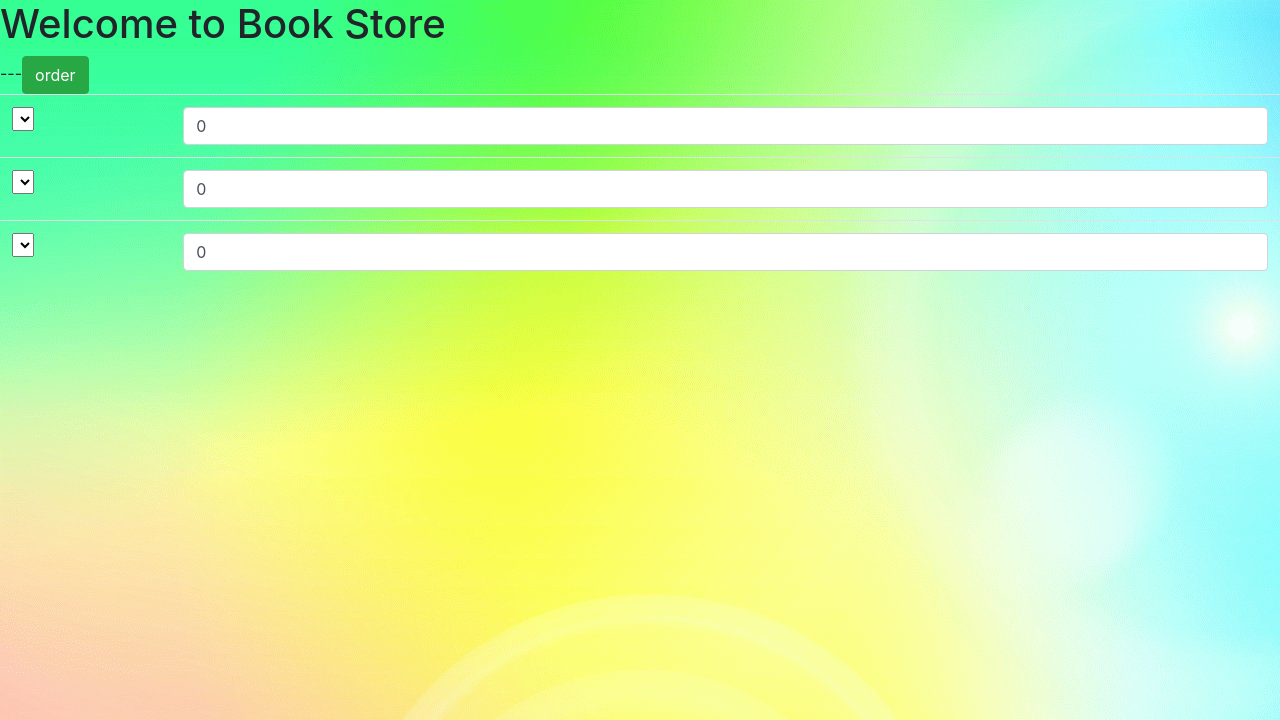
Repository: zhenyan02/HW_Projects
Page: http://localhost/bookStore/BuyerWeb.jsp
An editor plug-in stored every save of this project. The page is shown before and after the next save, followed by the edit.
The browser window is 1280 px wide. The pictures show the whole page.
The page is served by Tomcat 9. Other server files are loaded and not shown. Queries for data that is not in the repository find no rows.

Above is the page before, as saved 2018-11-27 02:34:40.

### 582_Final Project_JavaScript/bookStore/WebContent/BuyerWeb.jsp
<%@ page language="java" contentType="text/html; charset=ISO-8859-1"
    pageEncoding="ISO-8859-1" import="finalproject.bookstore.*, java.util.*"%>
<!DOCTYPE html PUBLIC "-//W3C//DTD HTML 4.01 Transitional//EN" "http://www.w3.org/TR/html4/loose.dtd">
<html>
<head>
<meta http-equiv="Content-Type" content="text/html; charset=ISO-8859-1">
<title>Insert title here</title>
<link href="css/bootstrap.css" rel="stylesheet"/>
</head>

<body background="back6.jpg">
	<h1>Welcome to Book Store</h1>

<%
	BranchDAO dao = new BranchDAO();

	//controller{
	String action = request.getParameter("action");
    String name = request.getParameter("name");
    String saleprice = request.getParameter("saleprice");
    String stock = request.getParameter("stock");
    String version = request.getParameter("version");
    String action2 = request.getParameter("action2");
    String name2 = request.getParameter("name2");
    String saleprice2 = request.getParameter("saleprice2");
    String stock2 = request.getParameter("stock2");
    String version2 = request.getParameter("version2");
    Branch app = new Branch();
    Branch apB2 = new Branch();

    if("create".equals(action)){
     	int stockInt = Integer.parseInt(stock);
    	double salepriceD = Double.parseDouble(saleprice);
    	int versionInt = Integer.parseInt(version);
        app = new Branch(salepriceD, stockInt,name,versionInt);
    	int stockInt2 = Integer.parseInt(stock2);
    	double salepriceD2 = Double.parseDouble(saleprice2);
    	int versionInt2 = Integer.parseInt(version2);
        apB2 = new Branch(salepriceD2, stockInt2,name2,versionInt2);
		List<Branch> twoInputs = new ArrayList<Branch>();
		twoInputs.add(app);
		twoInputs.add(apB2);
		dao.listInsert(twoInputs);
    }



	//Seller app1 = new Seller("xxxyxx", 8.99);
	//dao.create(app1);


	List<Branch> branchs = dao.selectAll();
	 //}
%>
<form action="BuyerWeb.jsp">
	<table class= "table">
			<tr>
			<span class="input-group-addon">-</span>
			<td> <select name = "options">
				<% for(Branch ap:branchs){%>
						<option><%= ap.getName() %>  -----  only <%= ap.getStock() %> left</option>
				<% }%>
			</select> 	</td>
			<td><input name="stock" class="form-control" value="<%= app.getStock()%>"/></td>
			</tr>


			<tr>
			<span class="input-group-addon">-</span>
			<td> <select name = "options">
				<% for(Branch ap:branchs){%>
						<option><%= ap.getName() %>  -----  only <%= ap.getStock() %> left</option>
				<% }%>
			</select> 	</td>
			<td><input name="stock" class="form-control" value="<%= app.getStock()%>"/></td>
			</tr>

			<tr>
			<span class="input-group-addon">-</span>
			<td> <select name = "options">
				<% for(Branch ap:branchs){%>
						<option><%= ap.getName() %>  -----  only <%= ap.getStock() %> left</option>
				<% }%>
			</select> 	</td>
			<td><input name="stock" class="form-control" value="<%= app.getStock()%>"/></td>
			</tr>



				<tr>
				<button class="btn btn-success" name="action" value="order">
					order
				</button>
				<tr/>


   </table>
</form>
</body>
</html>

### 582_Final Project_JavaScript/bookStore/src/finalproject/bookstore/BranchDAO.java
package finalproject.bookstore;

import java.sql.Connection;
import java.sql.DriverManager;
import java.sql.PreparedStatement;
import java.sql.ResultSet;
import java.sql.SQLException;
import java.util.ArrayList;
import java.util.List;

public class BranchDAO {

	public Connection getConnection(){
		String connectionUrl = "jdbc:mysql://localhost:3306/onlineide";
		Connection connection = null;

		try {
			Class.forName("com.mysql.jdbc.Driver").newInstance();
			connection = DriverManager.getConnection(connectionUrl, "root", "zhenyanl");
		} catch (Exception e) {
			e.printStackTrace();
		}
		return connection;
	}

	public void closeConnection(Connection connection){
		try {
			connection.close();
		} catch (SQLException e) {
			e.printStackTrace();
		}
	}

	public void create(Branch branch){

		String sql = "insert into branchs(saleprice, stock, name, version) values (? ,?, ?, ?)";

		Connection connection = getConnection();

		try {
			PreparedStatement statement = connection.prepareStatement(sql);
			statement.setDouble(1, branch.getSaleprice());
			statement.setInt(2, branch.getStock());
			statement.setString(3, branch.getName());
			statement.setInt(4, 0);
			statement.execute();
	        connection.commit();
		} catch (SQLException e) {
			e.printStackTrace();
									try {
										connection.rollback();
									} catch (SQLException e1) {
										e1.printStackTrace();
									}
		}finally {
			closeConnection(connection);
		}
	}



	public List<Branch> selectAll(){
		List<Branch> branchs = new ArrayList<Branch>();

		String sql = "select * from branchs";
		Connection connection = getConnection();

		try {
			PreparedStatement statement = connection.prepareStatement(sql);
			ResultSet results = statement.executeQuery();
			while(results.next()){
				double saleprice = results.getDouble("saleprice");
				int stock = results.getInt("stock");
				String name = results.getString("name");
				int version = results.getInt("version");
				//int stockquantity = results.getInt("stockquantity");
				Branch branch = new Branch(saleprice, stock, name, version);
				branchs.add(branch);
			}
		} catch (SQLException e) {
			e.printStackTrace();
		}finally {
			closeConnection(connection);
		}

		return branchs;
	}



	public void remove(String name, int version){
		String sql = "delete from branchs where name=? and version=?";

		Connection connection = getConnection();

		try {
			PreparedStatement statement = connection.prepareStatement(sql);
			statement.setString(1,  name);
			statement.setInt(2, version);
			statement.execute();
		} catch (SQLException e) {
			e.printStackTrace();
		}finally{
			closeConnection(connection);
		}
	}



	public Branch selectOne(String name, int version) {
		Branch app = null;

		String sql = "select * from branchs where name=? and version=?";
		Connection connection = getConnection();

		try {			connection.setAutoCommit(false);
			PreparedStatement statement = connection.prepareStatement(sql);
			statement.setString(1,  name);
			statement.setInt(2, version);
			ResultSet results = statement.executeQuery();
			if(results.next()){
				double saleprice = results.getDouble("saleprice");
				int stock = results.getInt("stock");
				name = results.getString("name");
				version = results.getInt("version");
				app = new Branch(saleprice, stock, name, version);
			}else{
				System.out.println("AAAAAAbranch test REACH");
				return new Branch(0.0, 0, "Please refresh the page!!", 0);
			};
	        connection.commit();
			System.out.println("branch test REACH");
		} catch (SQLException e) {
			e.printStackTrace();
		}finally{
			closeConnection(connection);
		}
		return app;
	}



	public void update(String name, int version, Branch app) {

		String sql = "update branchs set saleprice=?, stock=?, name=?, version=? where name=? and version =?";
		Connection connection = getConnection();
		int newVersion = version+1;
		try {
			PreparedStatement statement = connection.prepareStatement(sql);
			statement.setDouble(1, app.getSaleprice());
			statement.setInt(2, app.getStock());
			statement.setString(3, app.getName());
			statement.setInt(4, newVersion);
			statement.setString(5, name);
			statement.setInt(6, version);
			statement.execute();
		} catch (SQLException e) {
			e.printStackTrace();
		}finally{
			closeConnection(connection);
		}
	}




	public void  listInsert(List<Branch> allInput){

		String sql = "insert into branchs(saleprice, stock, name, version) values (? ,?, ?, ?)";
		Connection connection = getConnection();

		try {
			PreparedStatement statement = connection.prepareStatement(sql);
			//ResultSet results = statement.executeQuery();
			connection.setAutoCommit(false);
	        for (Branch branch : allInput) {
	        	statement.setDouble(1, branch.getSaleprice());
				statement.setInt(2, branch.getStock());
				statement.setString(3, branch.getName());
				statement.setInt(4, 0);
				statement.execute();
				}
	        connection.commit();
		} catch (SQLException e) {
			e.printStackTrace();
								try {
									connection.rollback();
								} catch (SQLException e1) {
									e1.printStackTrace();
								}
		}finally {
			closeConnection(connection);
		}

	}

	public void  listBuy(List<Branch> allInput){

		String sql = "insert into buyers(salesprice,quantity, name, version) values (? ,?, ?, ?)";
		Connection connection = getConnection();

		try {
			PreparedStatement statement = connection.prepareStatement(sql);
			//ResultSet results = statement.executeQuery();
			connection.setAutoCommit(false);
	        for (Branch branch : allInput) {
	        	statement.setDouble(1, branch.getSaleprice());
				statement.setInt(2, branch.getStock());
				statement.setString(3, branch.getName());
				statement.setInt(4, 0);
				statement.execute();
				}
	        connection.commit();
		} catch (SQLException e) {
			e.printStackTrace();
								try {
									connection.rollback();
								} catch (SQLException e1) {
									e1.printStackTrace();
								}
		}finally {
			closeConnection(connection);
		}

	}




}

### 582_Final Project_JavaScript/bookStore/src/finalproject/bookstore/Branch.java
package finalproject.bookstore;

public class Branch {
	private double saleprice = 0.0;
	private int stock=0;
	private String name = "";
	private int version ;

	public Branch() {
		super();
	}

	public Branch(double saleprice, int stock, String name, int version) {
		super();
		this.saleprice = saleprice;
		this.stock = stock;
		this.name = name;
		this.version = version;
	}

	public double getSaleprice() {
		return saleprice;
	}
	public void setSaleprice(double saleprice) {
		this.saleprice = saleprice;
	}
	public int getStock() {
		return stock;
	}
	public void setStock(int stock) {
		this.stock = stock;
	}
	public String getName() {
		return name;
	}
	public void setName(String name) {
		this.name = name;
	}
	public int getVersion() {
		return version;
	}
	public void setVersion(int version) {
		this.version = version;
	}

}


/*		<tr>
<td><input name="stock2" class="form-control" value="<%= apB2.getStock()%>"/></td>
<td><input name="name2" class="form-control" value="<%= apB2.getName()%>"/></td>
<td><input name="saleprice2" class="form-control" value="<%= apB2.getSaleprice()%>"/></td>
<td><input name="version2" class="form-control" value="<%= apB2.getVersion()%>"/></td>
<td>
	<button class="btn btn-success" name="action" value="create2">
		Add 2 together
	</button>
</td>
</tr>


<div>
<td><input name="stock" class="form-control" value="<%= app.getStock()%>"/></td>
<span class="input-group-addon">-</span>
<td> <select name = "options">
	<% for(Branch ap:branchs){%>
			<option><%= ap.getName() %></option>
	<% }%>
</select> 	</td>
</div>*/

Loaded but not shown: 582_Final Project_JavaScript/bookStore/WebContent/css/bootstrap.css (library)

After the next save:
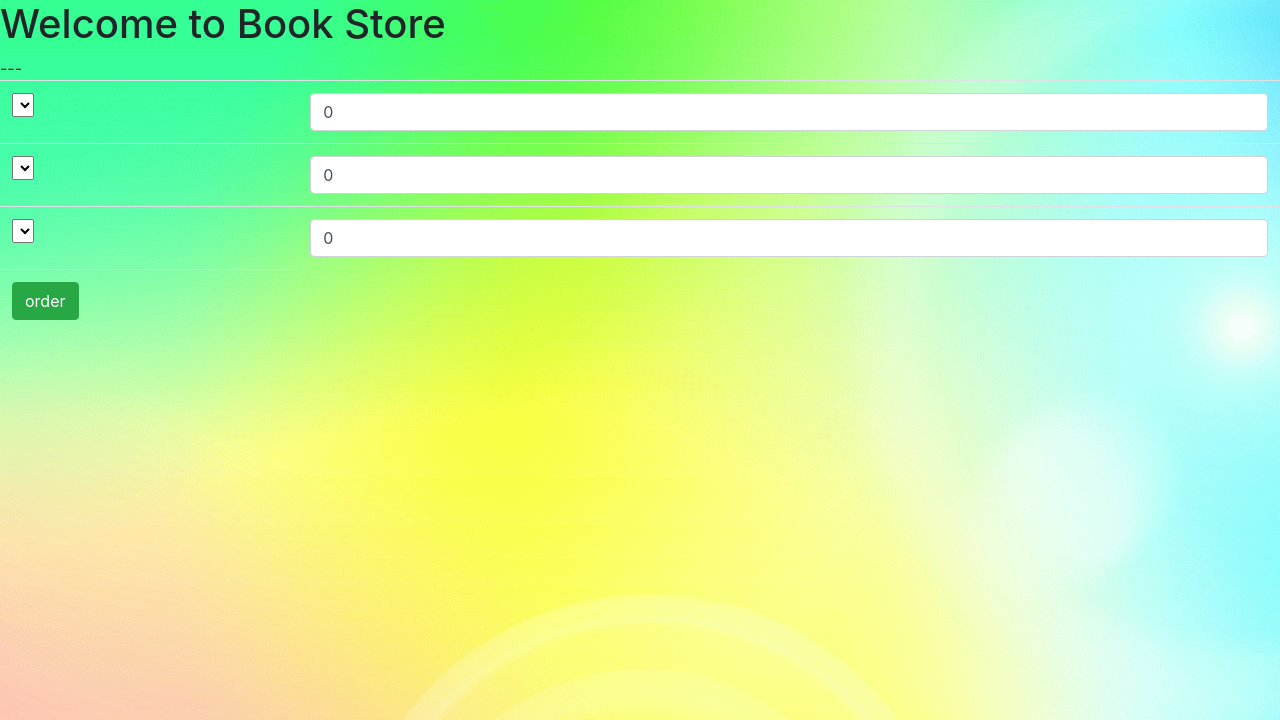
Saved 57 s later.
--- a/582_Final Project_JavaScript/bookStore/WebContent/BuyerWeb.jsp
+++ b/582_Final Project_JavaScript/bookStore/WebContent/BuyerWeb.jsp
@@ -87,10 +87,11 @@
 
 
 
-				<tr>
+				<tr><td>
 				<button class="btn btn-success" name="action" value="order">
 					order
 				</button>
+				</td>
 				<tr/>
 
 
